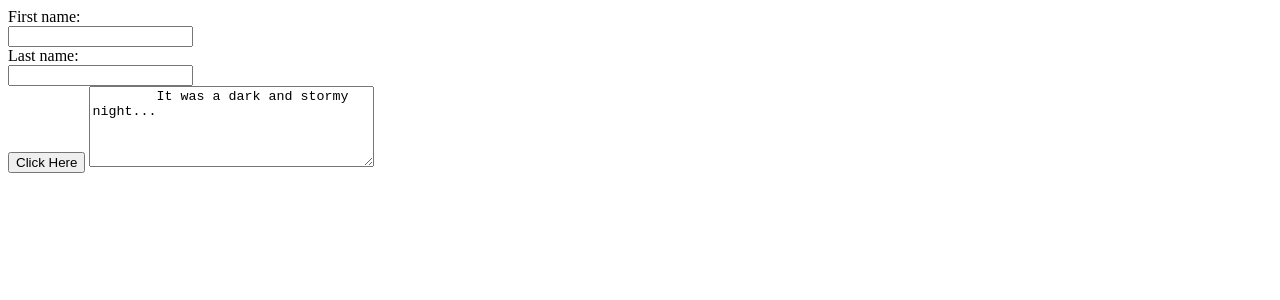
Repository: KANNAHWORLD/201Work
Page: lab9/Lab11/src/main/webapp/lab11.html
An editor plug-in stored every save of this project. The page is shown before and after the next save, followed by the edit.
The browser window is 1280 px wide. The pictures show the whole page.

Above is the page before, as saved 2022-11-16 20:53:26.

### lab9/Lab11/src/main/webapp/lab11.html
<!DOCTYPE html>
<html>
<head>
<meta charset="UTF-8">
<title>Insert title here</title>
</head>
<body>

<form action = "submit" method = "GET">

  <label for="fname">First name:</label><br>

  <input type="text" id="fname" name="fname"><br>

  <label for="lname">Last name:</label><br>
  <input type="text" id="lname" name="lname"><br>

  <input type = "submit" value = "Click Here" >

  <textarea id="story" name="story"
          rows="5" cols="33">
	It was a dark and stormy night...
	</textarea>

</form>

</body>
</html>

After the next save:
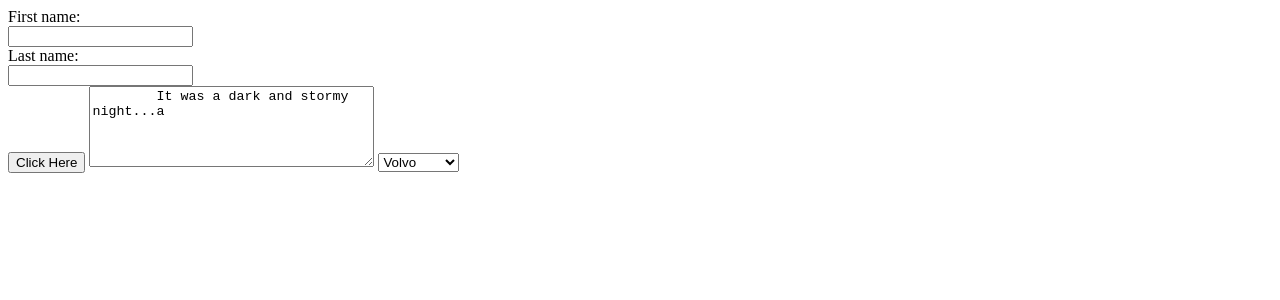
Saved 42 s later.
--- a/lab9/Lab11/src/main/webapp/lab11.html
+++ b/lab9/Lab11/src/main/webapp/lab11.html
@@ -19,8 +19,15 @@
 
   <textarea id="story" name="story"
           rows="5" cols="33">
-	It was a dark and stormy night...
+	It was a dark and stormy night...a
 	</textarea>
+
+	<select name="cars" id="cars">
+	  <option value="volvo">Volvo</option>
+	  <option value="saab">Saab</option>
+	  <option value="mercedes">Mercedes</option>
+	  <option value="audi">Audi</option>
+	</select>
 
 </form>
 
